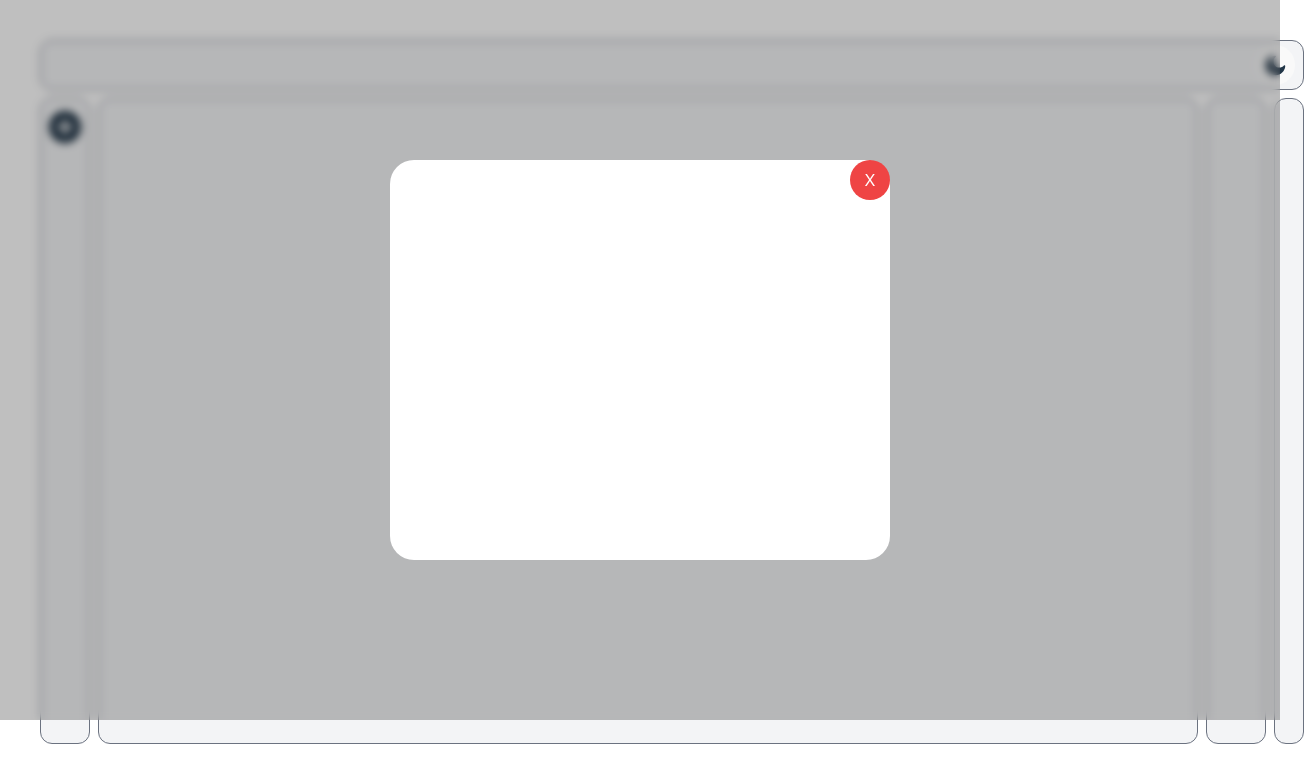
Repository: Wuiserous/Todo-App
Page: /, after clicking the first element matching `button.w-10`
An editor plug-in stored every save of this project. The page is shown before and after a run of saves, followed by the edit.
The browser window is 1280 px wide. The page is 1312 px wide, so the pictures cover 1312 px, including what lies to the right of the window. The pictures show the whole page.
The project was rebuilt for these pictures with package versions that can differ from the ones it lists, and the page was loaded fresh each time. Also part of the build but not shown: vite.config.js.

Above is the page before, as saved 2024-11-10 11:57:03.

### src/index.css
/* src/index.css */
@tailwind base;
@tailwind components;
@tailwind utilities;

:root {
  font-family: Inter, system-ui, Avenir, Helvetica, Arial, sans-serif;
  line-height: 1.5;
  font-weight: 400;

  color-scheme: light dark;
  color: rgba(255, 255, 255, 0.87);
  background-color: black;

  font-synthesis: none;
  text-rendering: optimizeLegibility;
  -webkit-font-smoothing: antialiased;
  -moz-osx-font-smoothing: grayscale;
}

a {
  font-weight: 500;
  color: #646cff;
  text-decoration: inherit;
}
a:hover {
  color: #535bf2;
}

h1 {
  font-size: 3.2em;
  line-height: 1.1;
}


button:hover {
  border-color: #646cff;
}
button:focus,
button:focus-visible {
  outline: 4px auto -webkit-focus-ring-color;
}

@media (prefers-color-scheme: light) {
  :root {
    color: #213547;
    background-color: #ffffff;
  }
  a:hover {
    color: #747bff;
  }
  button {
    background-color: #f9f9f9;
  }
}

### src/App.jsx
import { useState } from 'react'
import './App.css'
import { MdWbSunny } from "react-icons/md";
import { AiFillMoon } from "react-icons/ai";
import { IoMdAddCircle } from "react-icons/io";
import ToolBar from './components/ToolBar'
import NavBar from './components/NavBar'
import TaskSpace from './components/TaskSpace'
import Modal from './components/Modal'
import ProgressSpace from './components/ProgressSpace'
import MotivationSpace from './components/MotivationSpace'

function App() {
  const [darkMode, setDarkMode] = useState(false)
  const [showModal, setShowModal] = useState(false)
  const hideModal = () => setShowModal(false)
  return (
    <div className='w-[100vw] overflow-hidden p-2 gap-2 h-[100vh] grid grid-cols-[50px_1100px_60px_1fr] grid-rows-[50px_1fr_1fr_1fr]'>
      <ToolBar bgColor={darkMode?'bg-gray-800' : 'bg-gray-100'} Button={<button className="w-10 h-10 rounded-full flex items-center justify-center" onClick={() => setShowModal(true)}><IoMdAddCircle size={40} /></button>} />
      <NavBar Button={<button className="w-10 h-10 rounded-full flex items-center justify-center" onClick={() => setDarkMode(!darkMode)}>{darkMode ? <MdWbSunny size={25} /> : <AiFillMoon size={25} />}</button>} bgColor={darkMode?'bg-gray-800' : 'bg-gray-100' }/>
      <TaskSpace bgColor={darkMode?'bg-gray-800' : 'bg-gray-100' } />
      <ProgressSpace bgColor={darkMode?'bg-gray-800' : 'bg-gray-100' } />
      <MotivationSpace bgColor={darkMode?'bg-gray-800' : 'bg-gray-100' } />
      <Modal Show={showModal} hide={hideModal} />
    </div>
  )
}

export default App

### src/components/ToolBar.jsx
export default function ToolBar(props) {
    return (
      <div className={`border ${props.bgColor} border-gray-500 p-2 flex justify-center rounded-xl col-span-1 row-start-2 row-end-5`}>
        {props.Button}
      </div>
    )
}

### src/components/NavBar.jsx
import { useState } from 'react'

export default function NavBar(props) {
    return (
      <div className={`rounded-xl col-span-4 border ${props.bgColor} border-gray-500 flex items-center justify-end p-2`}>
        {props.Button}
      </div>
    )
}

### src/components/TaskSpace.jsx
export default function TaskSpace(props) {
    return (
      <div className={`rounded-xl col-start-2 row-start-2 row-end-5 border ${props.bgColor} border-gray-500`}></div>
    )
}

### src/components/Modal.jsx
import { useState } from "react";

export default function Modal(props) {
    if ( !props.Show ) return null
    return (
      <div className="fixed inset-0 bg-black bg-opacity-25 backdrop-blur-sm flex justify-center items-center">
        <div className="relative w-[500px] h-[400px] bg-white rounded-3xl flex flex-col justify-center items-center text-black">
            <button onClick={props.hide} className="absolute top-0 right-0 w-10 h-10 rounded-full bg-red-500 text-white">X</button>
        </div>
      </div>
    );
}

### src/components/ProgressSpace.jsx
export default function ProgressSpace(props) {
    return (
      <div className={`rounded-xl row-start-2 row-end-5 col-start-3 col-end-4 border ${props.bgColor} border-gray-500`}></div>
    )
}

### src/components/MotivationSpace.jsx
export default function MotivationSpace(props) {
    return (
      <div className={`rounded-xl row-start-2 row-end-5 col-start-4 col-end-4 col-span-3 border ${props.bgColor} border-gray-500`}></div>
    )
}

Loaded but not shown: src/main.jsx (common file); src/App.css (common file); tailwind.config.js (common file)

After the next 2 saves:
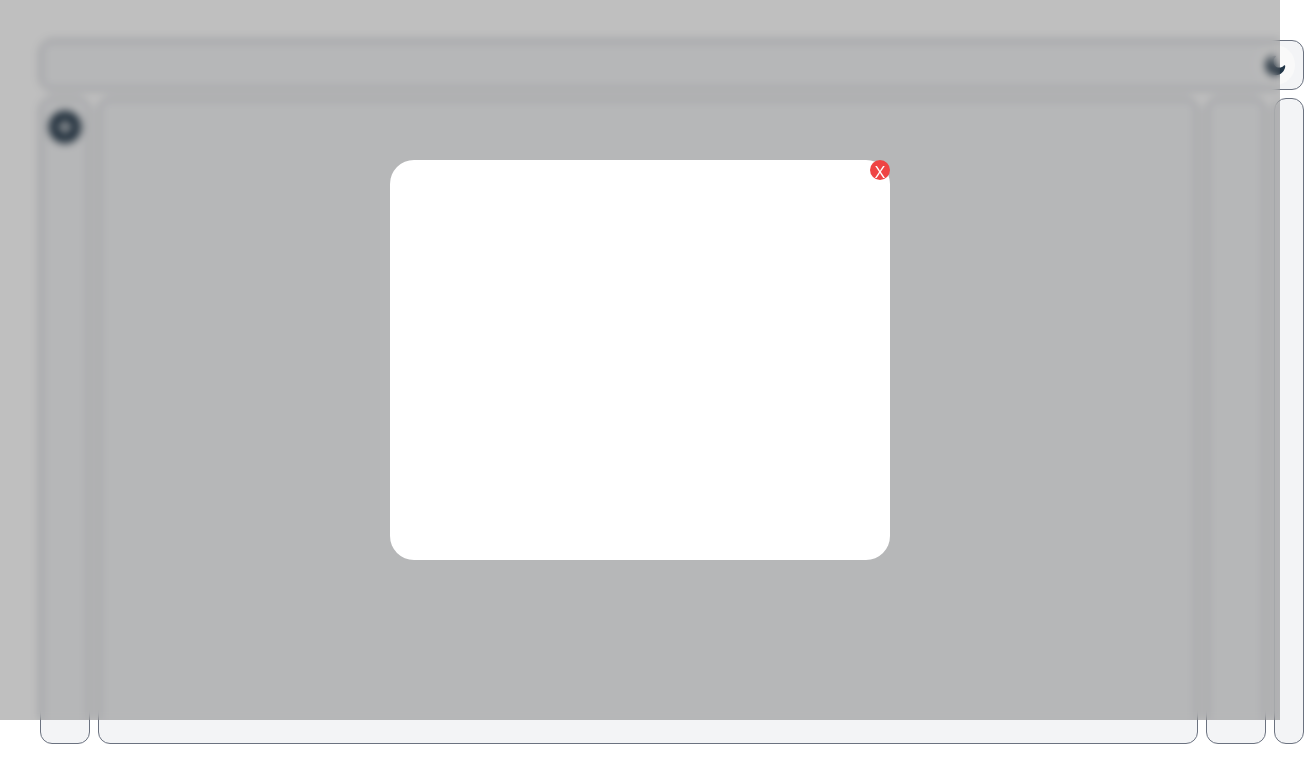
The 2 saves are shown as one change because they came seconds apart.
The last was saved 46 s later.
--- a/src/components/Modal.jsx
+++ b/src/components/Modal.jsx
@@ -5,7 +5,7 @@ export default function Modal(props) {
     return (
       <div className="fixed inset-0 bg-black bg-opacity-25 backdrop-blur-sm flex justify-center items-center">
         <div className="relative w-[500px] h-[400px] bg-white rounded-3xl flex flex-col justify-center items-center text-black">
-            <button onClick={props.hide} className="absolute top-0 right-0 w-10 h-10 rounded-full bg-red-500 text-white">X</button>
+            <button onClick={props.hide} className="absolute top-0 right-0 w-5 h-5 rounded-full bg-red-500 text-white">X</button>
         </div>
       </div>
     );
